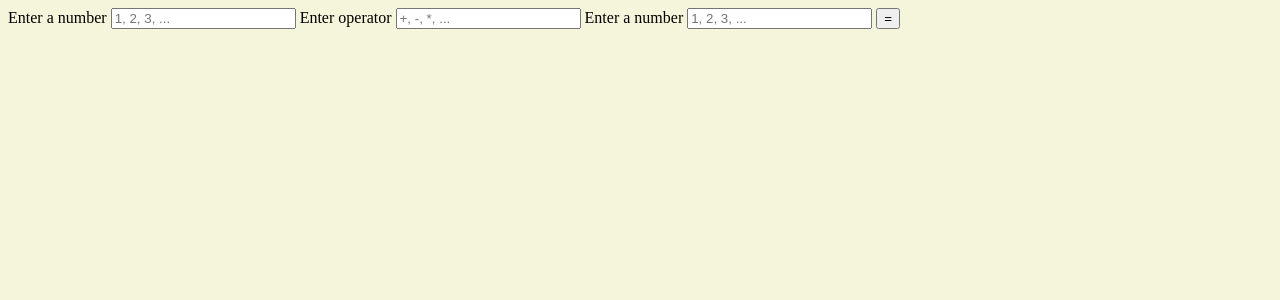
Repository: WesleyErasmus/threeInputCalculator
Page: html/if-calculator.html
An editor plug-in stored every save of this project. The page is shown before and after the next save, followed by the edit.
The browser window is 1280 px wide. The pictures show the whole page.

Above is the page before, as saved 2022-04-27 21:56:17.

### html/if-calculator.html
<!DOCTYPE html>
<html lang="en">
<head>
    <meta charset="UTF-8">
    <meta http-equiv="X-UA-Compatible" content="IE=edge">
    <meta name="viewport" content="width=device-width, initial-scale=1.0">
    <title>JS If Calculator</title>
    <link rel="stylesheet" href="/css/stylesheet.css">
    <script src="/js/if-calculator.js"></script>

</head>
<body>

    <form onsubmit="return false;">
        <label for="input1">Enter a number</label>
         <input id="input1" type="text" name = "input1" placeholder="1, 2, 3, ..."> <!-- input-1 -->
         <label for="input3">Enter operator</label>
         <input id="input3" type="text" name = "input3" placeholder="+, -, *, ..."> <!-- input-3 (operator) -->
         <label for="input2">Enter a number </label>
         <input id="input2" type="text" name = "input2" placeholder="1, 2, 3, ..."> <!-- input-2 -->
         <button onclick="sum()">=</button>
         <p id="output"></p>
    </form>

</body>
</html>

### js/if-calculator.js
function sum() {
const num1 = document.getElementById("input1").value;
const num2 = document.getElementById("input2").value;
const operator = document.getElementById("input3").value;
const output = document.getElementById("output").value;
  let answer;
  document.getElementById("output").value;
  if (operator == '+') {
    answer = +num1 + +num2;
    document.getElementById("output").innerHTML = answer;
  } else if (operator == '-') {
    answer = num1 - num2;
    document.getElementById("output").innerHTML = answer;
  } else if (operator == '*') {
    answer = num1 * num2;
    document.getElementById("output").innerHTML = answer;
  } else {
    answer = num1 / num2;
    document.getElementById("output").innerHTML = answer;
  }console.log(answer);
}

Loaded but not shown: css/stylesheet.css (common file)

After the next save:
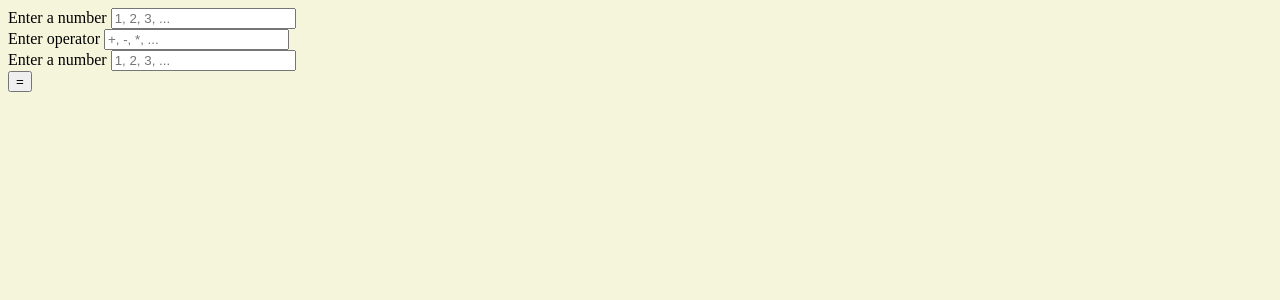
Saved 116 s later.
--- a/html/if-calculator.html
+++ b/html/if-calculator.html
@@ -12,12 +12,18 @@
 <body>
 
     <form onsubmit="return false;">
+        <div class="inputField">
         <label for="input1">Enter a number</label>
          <input id="input1" type="text" name = "input1" placeholder="1, 2, 3, ..."> <!-- input-1 -->
+        </div>
+        <div class="inputField">
          <label for="input3">Enter operator</label>
          <input id="input3" type="text" name = "input3" placeholder="+, -, *, ..."> <!-- input-3 (operator) -->
+        </div>
+        <div class="inputField">
          <label for="input2">Enter a number </label>
          <input id="input2" type="text" name = "input2" placeholder="1, 2, 3, ..."> <!-- input-2 -->
+        </div>
          <button onclick="sum()">=</button>
          <p id="output"></p>
     </form>
